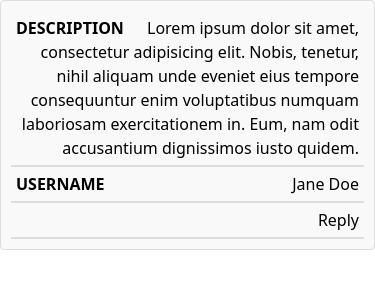
Repository: Yahya9102/Java22-ux22-Sideproject-main
Page: /
An editor plug-in stored every save of this project. The page is shown before and after the next save, followed by the edit.
The browser window is 375 px wide. The pictures show the whole page.
The project was rebuilt for these pictures with package versions that can differ from the ones it lists, and the page was loaded fresh each time. The framework's server and built-in components were replaced by stand-ins that run in the browser. Also part of the build but not shown: next.config.js.

Above is the page before, as saved 2023-04-13 10:09:42.

### pages/index.tsx
import { NextPage } from "next"
import Body from "@/p-components/body"

interface Props {}

const Index: NextPage<Props> = ({}) => {
  return (
    <div>
      <Body />
    </div>
  )
}

export default Index

### styles/globals.css
@tailwind base;
@tailwind components;
@tailwind utilities;
/*
:root {
  --max-width: 1100px;
  --border-radius: 12px;
  --font-mono: ui-monospace, Menlo, Monaco, "Cascadia Mono", "Segoe UI Mono",
    "Roboto Mono", "Oxygen Mono", "Ubuntu Monospace", "Source Code Pro",
    "Fira Mono", "Droid Sans Mono", "Courier New", monospace;

  --foreground-rgb: 0, 0, 0;
  --background-start-rgb: 214, 219, 220;
  --background-end-rgb: 255, 255, 255;

  --primary-glow: conic-gradient(
    from 180deg at 50% 50%,
    #16abff33 0deg,
    #0885ff33 55deg,
    #54d6ff33 120deg,
    #0071ff33 160deg,
    transparent 360deg
  );
  --secondary-glow: radial-gradient(
    rgba(255, 255, 255, 1),
    rgba(255, 255, 255, 0)
  );

  --tile-start-rgb: 239, 245, 249;
  --tile-end-rgb: 228, 232, 233;
  --tile-border: conic-gradient(
    #00000080,
    #00000040,
    #00000030,
    #00000020,
    #00000010,
    #00000010,
    #00000080
  );

  --callout-rgb: 238, 240, 241;
  --callout-border-rgb: 172, 175, 176;
  --card-rgb: 180, 185, 188;
  --card-border-rgb: 131, 134, 135;
}

@media (prefers-color-scheme: dark) {
  :root {
    --foreground-rgb: 255, 255, 255;
    --background-start-rgb: 0, 0, 0;
    --background-end-rgb: 0, 0, 0;

    --primary-glow: radial-gradient(rgba(1, 65, 255, 0.4), rgba(1, 65, 255, 0));
    --secondary-glow: linear-gradient(
      to bottom right,
      rgba(1, 65, 255, 0),
      rgba(1, 65, 255, 0),
      rgba(1, 65, 255, 0.3)
    );

    --tile-start-rgb: 2, 13, 46;
    --tile-end-rgb: 2, 5, 19;
    --tile-border: conic-gradient(
      #ffffff80,
      #ffffff40,
      #ffffff30,
      #ffffff20,
      #ffffff10,
      #ffffff10,
      #ffffff80
    );

    --callout-rgb: 20, 20, 20;
    --callout-border-rgb: 108, 108, 108;
    --card-rgb: 100, 100, 100;
    --card-border-rgb: 200, 200, 200;
  }
}

* {
  box-sizing: border-box;
  padding: 0;
  margin: 0;
}

html,
body {
  max-width: 100vw;
  overflow-x: hidden;
}

body {
  color: rgb(var(--foreground-rgb));
  background: linear-gradient(
      to bottom,
      transparent,
      rgb(var(--background-end-rgb))
    )
    rgb(var(--background-start-rgb));
}

a {
  color: inherit;
  text-decoration: none;
}

@media (prefers-color-scheme: dark) {
  html {
    color-scheme: dark;
  }
}
*/

### p-components/body.tsx
import { NextPage } from "next"
import styles from "p-components/styles/body.module.css"

interface Props {}

const Body: NextPage<Props> = ({}) => {
  return (
    <fieldset className={styles.fieldset_body}>
      <table>
        <thead>
          <tr>
            <th className={styles.tableHeader_body}>Username</th>
          </tr>
        </thead>
        <tbody>
          <tr>
            <td data-label="Description">
              Lorem ipsum dolor sit amet, consectetur adipisicing elit. Nobis,
              tenetur, nihil aliquam unde eveniet eius tempore consequuntur enim
              voluptatibus numquam laboriosam exercitationem in. Eum, nam odit
              accusantium dignissimos iusto quidem.
            </td>
          </tr>
          <tr>
            <td data-label="Username">Jane Doe</td>
          </tr>
          <tr>
            <td>
              <button>Reply</button>
            </td>
          </tr>
        </tbody>
      </table>
    </fieldset>
  )
}

export default Body

### p-components/styles/body.module.css
/* Add a background color and border to the fieldset */
.fieldset_body {
  background-color: #f9f9f9;
  border: 1px solid #ddd;
  border-radius: 4px;
  padding: 10px;
}

/* Reduce the font size of the table headers for mobile */
@media screen and (max-width: 480px) {
  .tableHeader_body {
    font-size: 16px;
  }
}

/* Make the table responsive for mobile */
@media screen and (max-width: 480px) {
  /* Hide the table headers */
  thead {
    display: none;
  }

  /* Display the table rows as columns */
  tr {
    display: block;
    border-bottom: 1px solid #ddd;
  }

  /* Display the table cells as block elements */
  td {
    display: block;
    text-align: right;
    border-bottom: 1px solid #ddd;
    padding: 5px;
  }

  /* Add a pseudo-element to display the table header as a label for mobile */
  td:before {
    content: attr(data-label);
    float: left;
    font-weight: bold;
    text-transform: uppercase;
  }
}

Loaded but not shown: pages/_app.tsx (common file); pages/_document.tsx (common file); tailwind.config.js (common file)

After the next save:
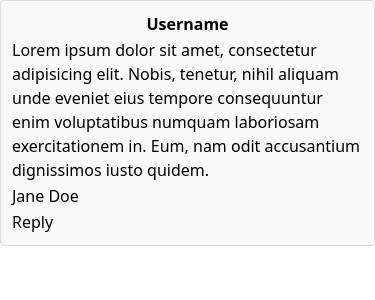
Saved 15 s later.
--- a/p-components/styles/body.module.css
+++ b/p-components/styles/body.module.css
@@ -5,40 +5,3 @@
   border-radius: 4px;
   padding: 10px;
 }
-
-/* Reduce the font size of the table headers for mobile */
-@media screen and (max-width: 480px) {
-  .tableHeader_body {
-    font-size: 16px;
-  }
-}
-
-/* Make the table responsive for mobile */
-@media screen and (max-width: 480px) {
-  /* Hide the table headers */
-  thead {
-    display: none;
-  }
-
-  /* Display the table rows as columns */
-  tr {
-    display: block;
-    border-bottom: 1px solid #ddd;
-  }
-
-  /* Display the table cells as block elements */
-  td {
-    display: block;
-    text-align: right;
-    border-bottom: 1px solid #ddd;
-    padding: 5px;
-  }
-
-  /* Add a pseudo-element to display the table header as a label for mobile */
-  td:before {
-    content: attr(data-label);
-    float: left;
-    font-weight: bold;
-    text-transform: uppercase;
-  }
-}
